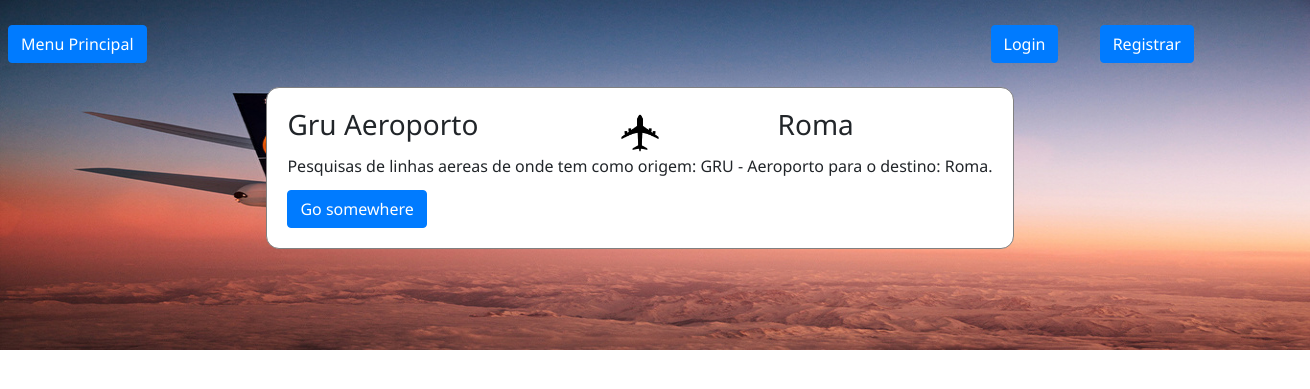
Repository: VictorFlay/Aplicacao-WEB
Page: http://localhost/ProjetoWeb/passagens.jsp
These files come from the project's save history. The page is drawn as it stood at one moment and after the next save; the edit follows.
The browser window is 1280 px wide. The page is 1310 px wide, so the pictures cover 1310 px, including what lies to the right of the window. The pictures show the whole page.
Some web libraries are served in a nearby version. The page is served by Tomcat 9. Other server files are loaded and not shown.

Above is the page before, as saved 2021-07-14 22:56:57.

### ProjetoWeb/WebContent/passagens.jsp
<%@page import="model.Passagem" %>
<html lang="pt">
<head>

	<%
		String idpassagem = request.getParameter("idpassagem");
		String nome = (String) session.getAttribute("nome");
		String nivelusuario = (String) session.getAttribute("nivelusuario");

	%>

	<%@ page contentType="text/html; charset=UTF-8" %>
	<meta http-equiv="Content-Type" content="text/html; charset=UTF-8" />

    <meta http-equiv="X-UA-Compatible" content="IE=edge">
    <meta name="viewport" content="width=device-width, initial-scale=1.0">
    <link rel="stylesheet" type="text/css" href="css/design.css">
    <script src="https://code.jquery.com/jquery-3.2.1.slim.min.js" integrity="sha384-KJ3o2DKtIkvYIK3UENzmM7KCkRr/rE9/Qpg6aAZGJwFDMVNA/GpGFF93hXpG5KkN" crossorigin="anonymous"></script>

    <!-- Bootstrap CSS -->
    <link rel="stylesheet" href="https://maxcdn.bootstrapcdn.com/bootstrap/4.0.0/css/bootstrap.min.css" integrity="sha384-Gn5384xqQ1aoWXA+058RXPxPg6fy4IWvTNh0E263XmFcJlSAwiGgFAW/dAiS6JXm" crossorigin="anonymous">
    <link rel="stylesheet" type="text/css" href="css/design.css">
 	<script src="https://code.jquery.com/jquery-3.3.1.min.js" integrity="sha256-FgpCb/KJQlLNfOu91ta32o/NMZxltwRo8QtmkMRdAu8=" crossorigin="anonymous"></script>
    <script src="https://cdnjs.cloudflare.com/ajax/libs/popper.js/1.12.9/umd/popper.min.js" integrity="sha384-ApNbgh9B+Y1QKtv3Rn7W3mgPxhU9K/ScQsAP7hUibX39j7fakFPskvXusvfa0b4Q" crossorigin="anonymous"></script>
    <script src="https://maxcdn.bootstrapcdn.com/bootstrap/4.0.0/js/bootstrap.min.js" integrity="sha384-JZR6Spejh4U02d8jOt6vLEHfe/JQGiRRSQQxSfFWpi1MquVdAyjUar5+76PVCmYl" crossorigin="anonymous"></script>
    <meta name="viewport" content="width=device-width, initial-scale=1, shrink-to-fit=no">

    <title>Document</title>

</head>
<body>

	<div class="container-fluid px-0">
		<div class="row">
			<div class="col-12 col-lg-12 center">
				<img src="img/aviao.jpg" class="img-fluid" id="aviaofundo">
			</div>
		</div>


		<div class="row">
			<div class="col-8 col-lg-9 justify-content-between mt-4 ml-2">
	             <a href="index.jsp">
			    	<button type="button" class="btn btn-primary">Menu Principal</button>
			    </a>
	        </div>

        	<% if(nome == null){ %>
    	<div class="col-1 col-lg-1 mt-4">
      			<button type="button" class="btn btn-primary" data-toggle="modal" data-target="#login" data-whatever="@mdo">Login</button>

				<div class="modal fade" id="login" tabindex="-1" role="dialog" aria-labelledby="exampleModalLabel" aria-hidden="true">
				  <div class="modal-dialog" role="document">
				    <div class="modal-content">
				      <div class="modal-header">
				        <h5 class="modal-title" id="exampleModalLabel">Login</h5>
				        <button type="button" class="close" data-dismiss="modal" aria-label="Close">
				          <span aria-hidden="true">&times;</span>
				        </button>
				      </div>
				      <div class="modal-body">
				        <form method="POST" id="login-form">
				          <div class="form-group">
				          	<div class="alert alert-danger center" role="alert" id="errologin">

							</div>

				            <label for="login" class="col-form-label">Login:</label>
				            <input type="text" class="form-control" id="username" name="username">
				          </div>

				          <div class="form-group">

							<label for="senha" class="col-form-label">Senha:</label>
				            <input type="password" class="form-control" id="senha" name="senha">

				          </div>




				      <div class="modal-footer">
				        <button type="button" class="btn btn-secondary" data-dismiss="modal">Close</button>
				        <button type="submit" class="btn btn-primary">Send message</button>
				      </div>
				      </form>
				      </div>
				    </div>
				  </div>
				</div>



    </div>

<div class="col-1 col-lg-1 mt-4">
      			<button type="button" class="btn btn-primary" data-toggle="modal" data-target="#registrar" data-whatever="@mdo">Registrar</button>

				<div class="modal fade" id="registrar" tabindex="-1" role="dialog" aria-labelledby="exampleModalLabel" aria-hidden="true">
				  <div class="modal-dialog" role="document">
				    <div class="modal-content">
				      <div class="modal-header">
				        <h5 class="modal-title" id="exampleModalLabel">Registrar</h5>
				        <button type="button" class="close" data-dismiss="modal" aria-label="Close">
				          <span aria-hidden="true">&times;</span>
				        </button>
				      </div>
				      <div class="modal-body">
				        <form method="POST" id="register-form">
				        	<div class="alert alert-danger center" role="alert" id="erro">
  								Nome ou Login já cadastrado!
							</div>
				          <div class="form-group">
				            <label for="nome" class="col-form-label">Nome Completo:</label>
				            <input type="text" class="form-control" id="nome" name="nome">
				          </div>

				          <div class="form-group">
							<label for="login" class="col-form-label">Login:</label>
				            <input type="text" class="form-control" id="cxlogin" name="cxlogin">
				          </div>

				          <div class="form-group">
							<label for="senha" class="col-form-label">Senha:</label>
				            <input type="password" class="form-control" id="cxsenha" name="cxsenha">
				          </div>

				         <div class="form-row">
						<div class="form-group col-md-6">
							<label for="telefone" class="col-form-label">Telefone:</label>
				            <input type="text" class="form-control" id="telefone" placeholder="Digite seu telefone..." name="telefone">
				          </div>


						<div class="form-group col-md-3 ml-4">
							<label for="estado" class="col-form-label">Estado</label>
      						<select id="estado" class="form-control">
	        					<option value="AC" selected>AC</option>
	       						<option value="AL">AL</option>
	       						<option value="AP">AP</option>
	       						<option value="AM">AM</option>
	       						<option value="BA">BA</option>
	       						<option value="CE">CE</option>
	       						<option value="ES">ES</option>
	       						<option value="GO">GO</option>
	       						<option value="MA">MA</option>
	       						<option value="MT">MT</option>
	       						<option value="MS">MS</option>
	       						<option value="MG">MG</option>
	       						<option value="PA">PA</option>
	       						<option value="PB">PB</option>
	       						<option value="PR">PR</option>
	       						<option value="PE">PE</option>
	       						<option value="PI">PI</option>
	       						<option value="RJ">RJ</option>
	       						<option value="RN">RN</option>
	       						<option value="RS">RS</option>
	       						<option value="RO">RO</option>
	       						<option value="RR">RR</option>
	       						<option value="SC">SC</option>
	       						<option value="SP">SP</option>
	       						<option value="SE">SE</option>
	       						<option value="TO">TO</option>
	       						<option value="DF">DF</option>
      						</select>
						</div>
				      </div>


				      <div class="modal-footer">
				        <button type="button" class="btn btn-secondary" data-dismiss="modal">Close</button>
				        <button type="submit" class="btn btn-primary">Send message</button>
				      </div>
				      </form>
				      </div>
				    </div>
				  </div>
				</div>
  			</div>
	<% }

	else{
	%>
		<div class="row justify-content-end">
			<div class="col-4 col-lg-1 mt-4 ml-4">
				<a href="deslogar.jsp?pag=2&idpassagem=<%=idpassagem%>">
				<button type="button" class="btn btn-primary">Deslogar</button>
		        </a>
		    </div>
	    </div>

	<% } %>

        </div>


        		<div class="row mt-4">
				<div class="col d-flex justify-content-center">
					<div class="card" id="card">
				 <div class="card-body">
				 <div class="row">
				 	<div class="col-4">
				 		<h3 class="card-title">Gru Aeroporto</h3>
				 	</div>

				 	<div class="col d-flex justify-content-center">
				 		<img src="img/aviaopequeno.png" aria-hidden="true" id="aviaopequeno">
				 	</div>


				 	<div class="col-4">
				 		<h3 class="card-title">Roma</h3>
				 	</div>
				 </div>

				<p class="card-text">Pesquisas de linhas aereas de onde tem como origem: GRU - Aeroporto para o destino: Roma.</p>
				<a href="#" class="btn btn-primary">Go somewhere</a>
				</div>
				</div>
	        </div>
    	</div>












	</div>


















	<script src="https://code.jquery.com/jquery-3.3.1.min.js" integrity="sha256-FgpCb/KJQlLNfOu91ta32o/NMZxltwRo8QtmkMRdAu8=" crossorigin="anonymous"></script>
	<script type="text/javascript" src="js/script.js"></script>
</body>

### ProjetoWeb/WebContent/css/design.css
.form-group {
    margin-right: -10px;
}

#errobusca{
	display: none;
	color: white;
    z-index: 0;
    font-size: 18px;
    font-weight: bold;
}



#barra{
    width: 200px;
    height: 50px;
    border: 1px solid;
    border-radius: 15px;
    position: absolute;
    z-index: 0;
    background-color: white;
    opacity: 0.19;
    font-weight: bold;
    top: 0px;
}

#errologin{
	display:none;
}

.buscarloca{
	position: relative;
	widht: 100%;
	align-items: stretch;
    height: 200px;
    border: 1px solid;
    border-radius: 15px;
    z-index: 1;
    background-color: white;
    font-weight: bold;
    top: 0px;
   	visibility: hidden;
}

.buscarclasse{
	position: relative;
	widht: 100%;
	align-items: stretch;
    height: 70px;
    border: 1px solid;
    border-radius: 15px;
    background-color: white;
    font-weight: bold;
   	visibility: hidden;
}

.classe{
    width: 300px;
    height: 60px;
    border: 1px solid;
    border-radius: 15px;
    z-index: 0;
    background-color: white;
    background: rgba(0, 0, 0, 0.19);
    font-weight: bold;
    top: 0px;
}

#erro{
	display:none;
	}


#origem{
    width: 200px;
    height: 50px;
    border: 1px solid;
    border-radius: 15px;
    z-index: 0;
    background-color: white;
    background: rgba(0, 0, 0, 0.19);
    font-weight: bold;
    top: 0px;

}

.buscarlocalizacao{
	position: relative;
	display: flex;
    width: 300px;
    height: 60px;
    border: 1px solid;
    border-radius: 15px;
    background-color: white;
    background: rgba(0, 0, 0, 0.19);
    font-weight: bold;
    top: 0px;


}


.buscarlinha{
	width: 100px;
    height: 60px;
    border: 1px solid;
    border-radius: 15px;
    z-index: 0;
    background-color: white;
    background: rgba(0, 0, 0, 0.19);
    font-weight: bold;
    top: 0px;
}


#destino{
    width: 200px;
    height: 50px;
    border: 1px solid;
    border-radius: 15px;
    z-index: 0;
    background-color: white;
    background: rgba(0, 0, 0, 0.19);
    font-weight: bold;
    top: 0px;

}

#calendario{
    width: 200px;
    height: 50px;
    border: 1px solid;
    border-radius: 15px;
    z-index: 0;
    background-color: white;
    background: rgba(0, 0, 0, 0.19);
    font-weight: bold;
    top: 0px;

}

#iconecalendario{
    top: 12px;
    position: absolute;
}

#passageiro{
    width: 250px;
    height: 50px;
    border: 1px solid;
    border-radius: 15px;
    z-index: 0;
    background-color: white;
    background: rgba(0, 0, 0, 0.19);
    font-weight: bold;
    top: 0px;
}

#mensagem{
    color: rgb(2, 35, 2);
    z-index: 3;
    font-weight: bold;
    font-size: 30px;
    white-space: nowrap;
}

#mensagem2{
    color: white;

    z-index: 3;
    font-weight: bold;
    font-size: 20px;
    left: 10px;
    top: 3px;
    display: block;
    opacity: 1;
}

#radios{
    color: white;
    font-size: 17px;
    font-weight: bold;
    white-space: nowrap;
}

#radio1{
    width: 20px;
    height: 20px;
    color: green;
}


#corpo{
    position: absolute;
    top: 325px;
}

#corpo2{
	position: relative;
	top: 580px;

}


#barrapassageiro2{
    width: 300px;
    height: 350px;
    left: 695px;
    border: 1px solid;
    border-radius: 15px;
    position: absolute;
    z-index: 0;
    background-color: white;
    top: 0px;
    font-weight: bold;
}

.quartabarra{
    cursor: pointer;
}



.barrapassageiroescondido{
    z-index: 3;
    user-select:none;
    top: 0px;
}

.perfil{
	width: 50px;
	height: 50px;
}

#txt{
    position: absolute;
    z-index: 1;
}


#aviao{
    left: 190px;
    top:5px;
    position: absolute;
    z-index: 1;
}



.aeroporto{
	display: flex;
    width: 300px;
    height: 60px;
    border: 1px solid;
    border-radius: 15px;
    z-index: 0;
    background-color: white;
    background: rgba(0, 0, 0, 0.19);
    font-weight: bold;
    top: 0px;

}

.buscar{
    width: 120px;
    height: 50px;
    left: 975px;

    border-color: grey;
    border-radius: 10px;
    position: absolute;
    z-index: 3;
    background-color: #30503A;
    top: 0px;
}

.buscarvoo{
    color: white;
    position: absolute;

    z-index: 1;
    font-weight: bold;
    font-size: 15px;
    left: 20px;
    top: 16px;
}

* {
    margin: 0;
    padding: 0;
    border: 0;
    outline: none;
    list-style: none;
    text-decoration: none;
    font-family: segoe ui, helvetica neue, helvetica, arial, sans-serif;
    line-height: 1;
  }

  body {
    font-size: 16px;
  }




.jss1{
    color: white;
    position: absolute;
    z-index: 3;
    font-weight: bold;
    font-size: 20px;
    left: 10px;
    top: 3px;
    display: block;
    opacity: 1;
}

.jss2{
    color: white;
    position: absolute;
    z-index: 1000;
    font-size: 13px;
    left: 10px;
    top: 30px;
    opacity: 0.70;
    white-space: nowrap;
}

.jss3{
    color: white;
    position: absolute;
    z-index: 1;
    font-weight: bold;
    font-size: 20px;
    top: 3px;
}

.jss4{
    color: white;
    position: absolute;
    z-index: 1;
    font-size: 13px;
    top: 30px;
    opacity: 0.70;
}

.jss5{
    color: white;
    position: absolute;
    z-index: 1;
    font-size: 13px;
    left: 60px;
    top: 18px;
    opacity: 0.70;
}

.jss6{
    color: white;
    position: absolute;
    z-index: 1;
    font-size: 13px;
    left: 60px;
    top: 18px;
    opacity: 0.70;
}

.jss7{
    color: black;
    position: absolute;
    z-index: 1;
    font-size: 13px;
    left: 740px;
    top: 18px;

}

hr.jss8{
    border-top: 1px solid grey;
    position: absolute;
    z-index: 1;
    width: 240px;
    top: 31px;
    left: 725px;
}

hr.jss14{
    border-top: 1px solid grey;
    position: absolute;
    z-index: 1;
    width: 240px;
    top: 180px;
    left: 725px;
}

.jss9{
    color: black;
    position: absolute;
    z-index: 1;
    font-size: 11px;
    left: 710px;
    top: 60px;
    font-weight: bold;
}

.jss10{
    color: black;
    position: absolute;
    z-index: 1;
    font-size: 20px;
    left: 710px;
    top: 80px;
    font-weight: bold;
}

.jss11{
    color: black;
    position: absolute;
    z-index: 1;
    font-size: 15px;
    left: 710px;
    top: 105px;

}

.jss12{
    color: black;
    position: absolute;
    z-index: 1;
    font-size: 20px;
    left: 710px;
    top: 140px;
    font-weight: bold;
}

.jss13{
    color: black;
    position: absolute;
    z-index: 1;
    font-size: 15px;
    left: 710px;
    top: 165px;
}

.jss15{
    color: black;
    position: absolute;
    z-index: 1;
    font-size: 11px;
    left: 710px;
    top: 210px;
    font-weight: bold;
}

.jss16{
    width: 125px;
    height: 50px;
    background-color: cornflowerblue;
    position: absolute;
    left: 710px;
    top: 235px;
    border-radius: 10px;
    color: black;
    border: 1px solid;
    border-color: grey;
    -webkit-box-sizing: border-box;
    -moz-box-sizing: border-box;
    box-sizing: border-box;
    -webkit-appearance: none;
    -moz-appearance: none;
    appearance: none;
    cursor: pointer;
}



.jss17{
    width: 125px;
    height: 50px;
    position: absolute;
    left: 855px;
    top: 235px;
    border-radius: 10px;
    color: black;
    border: 1px solid;
    border-color: grey;
    -webkit-box-sizing: border-box;
    -moz-box-sizing: border-box;
    box-sizing: border-box;
    -webkit-appearance: none;
    -moz-appearance: none;
    appearance: none;
    cursor: pointer;

}

.jss18{
    color: black;
    position: absolute;
    z-index: 2;
    font-size: 12px;
    left: 722px;
    top: 253px;
    font-weight: bold;
    cursor: pointer;
    user-select:none;
}

.jss19{
    color: black;
    position: absolute;
    z-index: 2;
    font-size: 12px;
    left: 872px;
    top: 253px;
    font-weight: bold;
    cursor: pointer;
    user-select:none;
}

.jss20{
    color: grey;
    position: absolute;
    z-index: 2;
    font-size: 15px;
    left: 810px;
    top: 300px;
    font-weight: bold;

}

.jss21{
    left: 880px;
    top: 85px;
    font-weight: bold;
    position: absolute;

}

.jss22{
    left: 941px;
    top: 85px;
    font-weight: bold;
    position: absolute;
    cursor: pointer;
}

.jss23{
    left: 919px;
    top: 86px;
    position: absolute;
    font-size: 25px;
    font-weight: bold;
    font-family: arial;
    color:black;
    width: 15px;
    user-select:none;
}

.jss25{
    left: 880px;
    top: 145px;
    font-weight: bold;
    position: absolute;
}

.jss26{
    left: 941px;
    top: 145px;
    font-weight: bold;
    position: absolute;
}



.jss28{
    left: 919px;
    top: 146px;
    position: absolute;
    font-size: 25px;
    font-weight: bold;
    font-family: arial;
    color:black;
    width: 15px;
    user-select:none;
}

.jss29{
    color: white;
    font-size: 17px;
    font-weight: bold;
    white-space: nowrap;
}


.jss30{
    color: white;
    position: absolute;
    z-index: 3;
    font-weight: bold;
    font-size: 22px;
    left: 10px;
    top: 3px;
    display: block;
    opacity: 1;
    white-space: nowrap;
}

.jss31{
    color: white;
    position: absolute;
    z-index: 1000;
    font-size: 15px;
    left: 10px;
    top: 30px;
    opacity: 0.70;
    white-space: nowrap;
}

.jss32{
	color: black;
    z-index: 2;
    font-size: 22px;
    opacity: 1;
    white-space: nowrap;
    position: relative;
}

.jss33{
    color: white;
    position: absolute;
    z-index: 1000;
    font-size: 15px;
    left: 10px;
    top: 30px;
    opacity: 0.70;
    white-space: nowrap;
}

.jss35{
	color: white;
    position: absolute;
    z-index: 1000;
    font-size: 15px;
    left: 10px;
    top: 30px;
    opacity: 0.70;
    white-space: nowrap;
}





#aumentardiminuir{
    top: 600px;

    width: 10px;
    height: 10px;
    position: absolute;
    left: 100px;
}

#testar{
	position: absolute;
}

.corpo{
	width: 1366px;
	height: 900px;
	border: 1px solid;
	position: relative;
	top: 300px;
}


.container{
    margin: 0 auto;
}

#logo{
    width: 100%;
}






.msg{
    color: rgb(2, 35, 2);
    z-index: 3;
    font-weight: bold;
    font-size: 30px;
}


#imagem{
    position: absolute;
    width: 1366px;
}

#aviaofundo{
	position: absolute;
	height: 350px;
	widht: 100%;
}

#aviaopequeno{
	width: 50px;
	height: 50px;
}

.card-img-top {
    width: 100%;
    height: 15vw;
    object-fit: cover;
}

@media only screen and (max-width: 1366px) and (min-width: 769px){
	.dr{
	left: 140px;
	}
}

@media only screen and (max-width: 991px) and (min-width: 540px){
	.dr{
	left: 90px;
	}

	#aviaofundo{
		position: absolute;
		height: 350px;
		width: 100%;
	}

	#imagem{
		position: absolute;
		height: 300px;
		width: 100%;
	}


}

#card{
	border-radius: 13px;
	border-color: grey;
	widht: 18rem;
}

#titulo{
	top: 100px;
}


#menuadm{
	position: absolute;
	width: 1366px;
	height: 225px;
	image-rendering: auto;
  	image-rendering: crisp-edges;
  	image-rendering: pixelated;
  	opacity: 0.6;
}

#historico{
	position: absolute;
	width: 1366px;
	height: 200px;
	image-rendering: auto;
  	image-rendering: crisp-edges;
  	image-rendering: pixelated;
}


.bloco{
	widht: 50px;
	height: 50px;
}

### ProjetoWeb/WebContent/js/script.js
$(document).ready(function(){


	$('.primeirabarra').click(function(){
            $('.origem').css({'visibility': 'visible'});
        });



    $('.quartabarra').click(function(){
        $('.barrapassageiroescondido').css({'visibility': 'visible'});
    });



    var countadulto = 0;

    $('.jss22').click(function(){
        if(countadulto >= 0 && countadulto < 9){
            countadulto++;
            $('.jss23').val(countadulto);
            var i = countadulto;
            if(i > 0){
                $('.jss153').attr("src", "img/diminuir.png");
            }
            if(i == 9){
                $('.jss154').attr("src", "img/aumentardesativado.png");
                $('.jss22').css({'cursor': 'default'});
            }
            aplicar($('.jss23').val(), $('.jss28').val());
        }
    });


    $('.jss21').click(function(){
        if(countadulto > 0 && countadulto <= 9){
            countadulto--;
            $('.jss23').val(countadulto);
            $('.jss154').attr("src", "img/aumentar.png");
            if(countadulto == 0){
                $('.jss153').attr("src", "img/diminuirdesativado.png");
            }
            aplicar($('.jss23').val(), $('.jss28').val());
        }
    });





    var countcrianca = 0;

$('.jss26').click(function(){
    if(countcrianca >= 0 && countcrianca < 9){
        countcrianca++;
        $('.jss28').val(countcrianca);
        var i = countcrianca;
        if(i > 0){
            $('.jss155').attr("src", "img/diminuir.png");
        }
        if(i == 9){
            $('.jss156').attr("src", "img/aumentardesativado.png");
            $('.jss26').css({'cursor': 'default'});
        }
        aplicar($('.jss23').val(), $('.jss28').val());
    }
});

$('.jss25').click(function(){
    if(countcrianca > 0 && countcrianca <= 9){
        countcrianca--;
        $('.jss28').val(countcrianca);
        $('.jss156').attr("src", "img/aumentar.png");
        if(countcrianca == 0){
            $('.jss155').attr("src", "img/diminuirdesativado.png");
        }
        aplicar($('.jss23').val(), $('.jss28').val());
    }
});



function aplicar(adulto, crianca){
        if(adulto > 0 || crianca > 0){
            $('.jss20').css({'color': 'black', 'cursor': 'pointer'});
        }
        if(adulto == 0 && crianca == 0){
            $('.jss20').css({'color': 'grey', 'cursor': 'default'});
        }

    }






    $('.jss152').click(function(){
        $('.jss16').css({'background-color': 'white'});
        $('.jss17').css({'background-color': 'cornflowerblue'});
        $('.jss17').prop('checked', true);
    });

    $('.jss151').click(function(){
        $('.jss18').prop('disabled', true);
        $('.jss16').css({'background-color': 'cornflowerblue'});
        $('.jss17').css({'background-color': 'white'});
        $('.jss16').prop('checked', true);
    });







        $('#aumentar').click(function(){
            count++;
            $('.jss69').val(count);
        });

        $('#diminuir').click(function(){
            count--;
            $('#testar').text(count);
        });


        $('.jss20').prop("readonly", true);


		$( '#login-form' ).submit(function(event){

			event.preventDefault();
			var data ={
					login: $('#username').val(),
					senha: $('#senha').val(),
			}



			$.ajax({
				url: "/ProjetoWeb/Auth",
				type: "post",
				dataType: "json",
				data: data,
				success: function(data, textStatus, jqXHR){
					if(data.status){

						window.location.href = $(location).attr('href');
					}else{
						$( '#errologin' ).text( data.mensagem );
						$( '#errologin' ).css({'display': 'block'});
					}

				}
			})





		});



		$( '#register-form' ).submit(function(event){

			event.preventDefault();
			var data ={
					nome: $('#nome').val(),
					login: $('#cxlogin').val(),
					senha: $('#cxsenha').val(),
					telefone: $('#telefone').val(),
					estado: $('#estado').val()
			}


			$.ajax({
				url: "/ProjetoWeb/Register",
				type: "post",
				dataType: "json",
				data: data,
				success: function(data, textStatus, jqXHR){
					if(data.status){
						alert(data.mensagem);
						window.location.href = 'teste1.jsp';
					}else{
						$( '#erro' ).text( data.mensagem );
						$( '#erro' ).css({'display': 'block'});
					}

				}
			})

		});

});

After the next save:
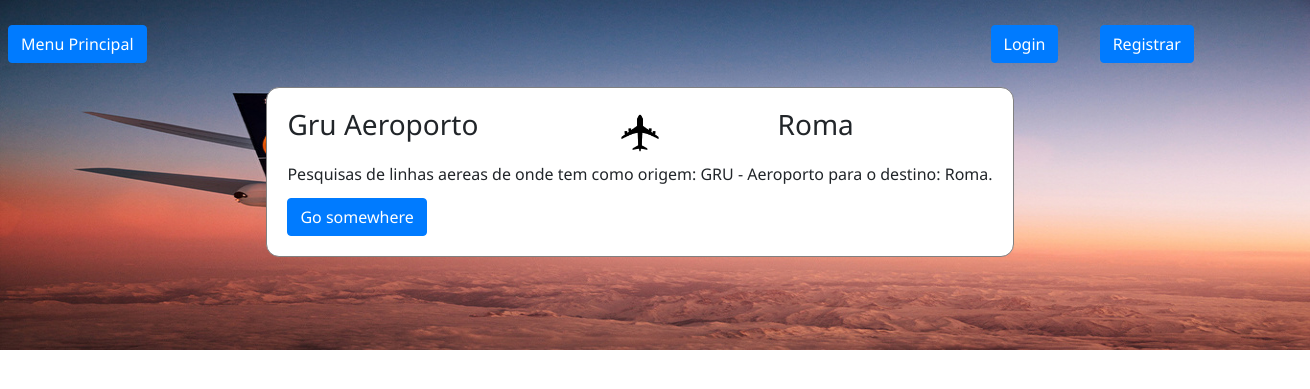
Saved 12 s later.
--- a/ProjetoWeb/WebContent/passagens.jsp
+++ b/ProjetoWeb/WebContent/passagens.jsp
@@ -213,7 +213,7 @@
 				 	</div>
 				 </div>
 
-				<p class="card-text">Pesquisas de linhas aereas de onde tem como origem: GRU - Aeroporto para o destino: Roma.</p>
+				<p class="card-text mt-2">Pesquisas de linhas aereas de onde tem como origem: GRU - Aeroporto para o destino: Roma.</p>
 				<a href="#" class="btn btn-primary">Go somewhere</a>
 				</div>
 				</div>
